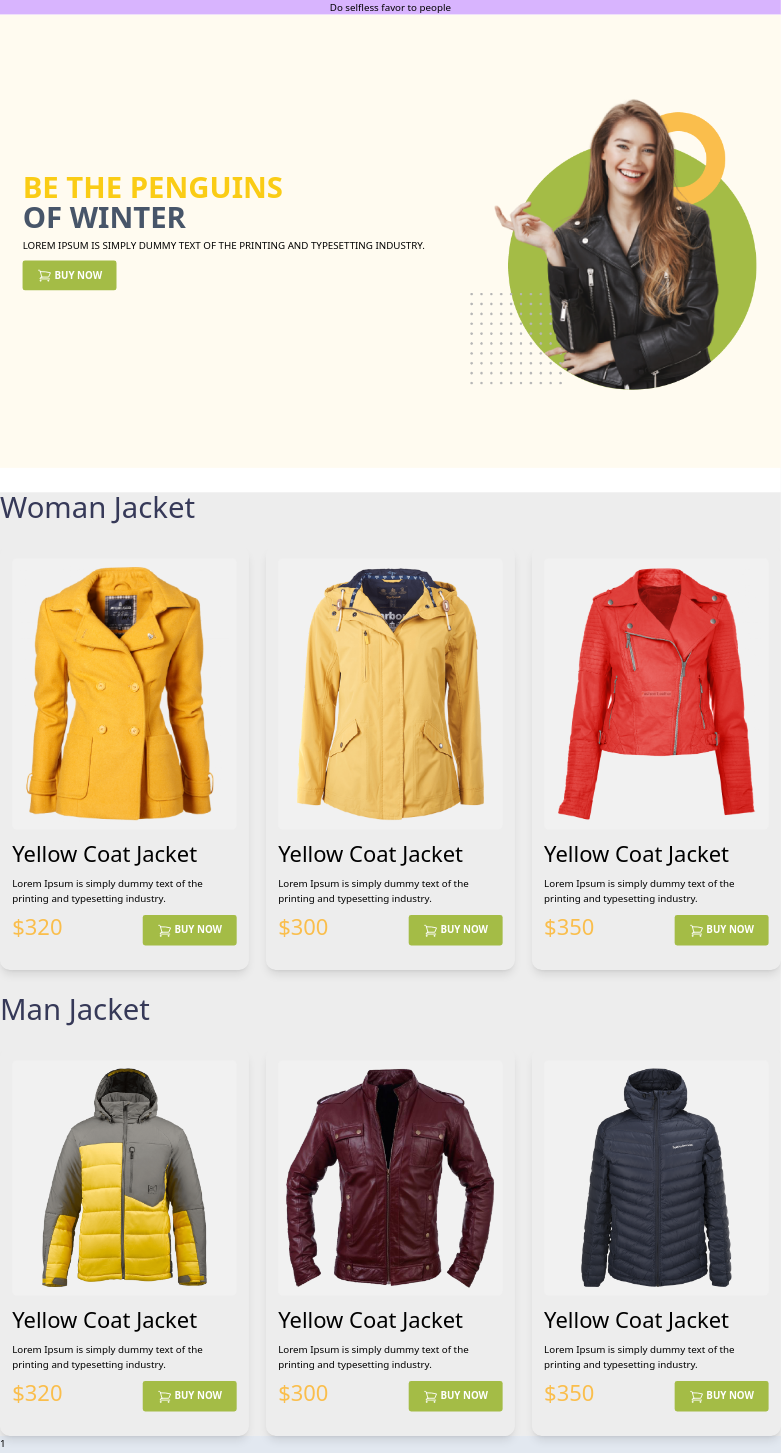
Repository: zjria/penguin-e-commerce-fashion
Page: index.html
An editor plug-in stored every save of this project. The page is shown before and after the next save, followed by the edit.
The browser window is 1280 px wide. The pictures show the whole page, at 61% of full size.
Some web libraries are served in a nearby version.

Above is the page before, as saved 2022-10-07 09:38:25.

### index.html
<!DOCTYPE html>
<html lang="en">

<head>
    <meta charset="UTF-8">
    <meta http-equiv="X-UA-Compatible" content="IE=edge">
    <meta name="viewport" content="width=device-width, initial-scale=1.0">
    <title>Penguin E-commerce</title>
    <!-- Google Fonts Link -->
    <link rel="preconnect" href="https://fonts.googleapis.com">
    <link rel="preconnect" href="https://fonts.gstatic.com" crossorigin>
    <link href="https://fonts.googleapis.com/css2?family=Bebas+Neue&family=Roboto:wght@100;300;400;500&display=swap"
        rel="stylesheet">

    <!-- Tailwind CSS CDN link -->
    <script src="https://cdn.tailwindcss.com"></script>
    <script>
        tailwind.config = {
            theme: {
                extend: {
                    colors: {
                        clifford: '#da373d',
                        header_bg: '#FFFBF0',
                        main_text_color: '#363958',
                        price_color: '#FABE4C',
                        card_bg: '#F1F1F1',
                        full_card_bg: '#FFFFFF',
                        main_color: '#EDEDED'
                    }
                }
            }
        }
    </script>
</head>

<body>
    <h2 class="bg-purple-300 text-center font-header_text">Do selfless favor to people</h2>


    <!-- Header Section -->
    <header class="bg-header_bg pb-32 pt-24">
        <section class="container mx-auto uppercase sm:flex items-center justify-around">
            <div class="space-y-3">
                <h1 class="text-2xl sm:text-5xl font-bold font-header_text">
                    <span class="text-yellow-400">Be the Penguins</span> <br>
                    <span class="text-slate-600">of Winter</span>
                </h1>
                <p class="font-anther_text">Lorem Ipsum is simply dummy text of the printing
                    and typesetting industry.</p>
                <button class="uppercase bg-[#A4BC46] py-3 px-6 text-white font-semibold rounded font-anther_text"> <svg
                        xmlns="http://www.w3.org/2000/svg" fill="none" viewBox="0 0 24 24" stroke-width="1.5"
                        stroke="currentColor" class="w-6 h-6 inline text-white">
                        <path stroke-linecap="round" stroke-linejoin="round"
                            d="M2.25 3h1.386c.51 0 .955.343 1.087.835l.383 1.437M7.5 14.25a3 3 0 00-3 3h15.75m-12.75-3h11.218c1.121-2.3 2.1-4.684 2.924-7.138a60.114 60.114 0 00-16.536-1.84M7.5 14.25L5.106 5.272M6 20.25a.75.75 0 11-1.5 0 .75.75 0 011.5 0zm12.75 0a.75.75 0 11-1.5 0 .75.75 0 011.5 0z" />
                    </svg>
                    Buy Now</button>
            </div>
            <div class="pt-8 sm:pt-8">
                <img class=" w-1/2 sm:w-full" src="images/model.png" alt="">
            </div>
        </section>
    </header>

    <!-- Main Section Start -->
    <main class="bg-main_color">
        <!-- Woman Jacket -->
        <section class="container mx-auto">
            <h2 class="text-5xl my-10 text-main_text_color font-header_text">Woman Jacket</h2>
            <div class="grid md:grid-cols-2 lg:grid-cols-3 gap-7">
                <div class="full_card_bg ">
                    <div class="rounded-2xl shadow-lg p-5">
                        <div class="p-3 bg-card_bg rounded-lg">
                            <img src="images/jacket-1.png" alt="">
                        </div>
                        <div class="py-3">
                            <h3 class="text-4xl py-2">Yellow Coat Jacket</h3>
                            <p class="py-2">Lorem Ipsum is simply dummy text of the
                                printing and typesetting industry.</p>
                            <div class="flex justify-between py-2">
                                <h3 class="text-4xl text-price_color">$320</h3>
                                <button
                                    class="uppercase bg-[#A4BC46] py-3 px-6 text-white font-semibold rounded font-anther_text">
                                    <svg xmlns="http://www.w3.org/2000/svg" fill="none" viewBox="0 0 24 24"
                                        stroke-width="1.5" stroke="currentColor" class="w-6 h-6 inline text-white">
                                        <path stroke-linecap="round" stroke-linejoin="round"
                                            d="M2.25 3h1.386c.51 0 .955.343 1.087.835l.383 1.437M7.5 14.25a3 3 0 00-3 3h15.75m-12.75-3h11.218c1.121-2.3 2.1-4.684 2.924-7.138a60.114 60.114 0 00-16.536-1.84M7.5 14.25L5.106 5.272M6 20.25a.75.75 0 11-1.5 0 .75.75 0 011.5 0zm12.75 0a.75.75 0 11-1.5 0 .75.75 0 011.5 0z" />
                                    </svg>
                                    Buy Now</button>
                            </div>
                        </div>
                    </div>
                </div>
                <div class="full_card_bg ">
                    <div class="rounded-2xl shadow-lg p-5">
                        <div class="p-3 bg-card_bg rounded-lg">
                            <img src="images/jacket-2.png" alt="">
                        </div>
                        <div class="py-3">
                            <h3 class="text-4xl py-2">Yellow Coat Jacket</h3>
                            <p class="py-2">Lorem Ipsum is simply dummy text of the
                                printing and typesetting industry.</p>
                            <div class="flex justify-between py-2">
                                <h3 class="text-4xl text-price_color">$300</h3>
                                <button
                                    class="uppercase bg-[#A4BC46] py-3 px-6 text-white font-semibold rounded font-anther_text">
                                    <svg xmlns="http://www.w3.org/2000/svg" fill="none" viewBox="0 0 24 24"
                                        stroke-width="1.5" stroke="currentColor" class="w-6 h-6 inline text-white">
                                        <path stroke-linecap="round" stroke-linejoin="round"
                                            d="M2.25 3h1.386c.51 0 .955.343 1.087.835l.383 1.437M7.5 14.25a3 3 0 00-3 3h15.75m-12.75-3h11.218c1.121-2.3 2.1-4.684 2.924-7.138a60.114 60.114 0 00-16.536-1.84M7.5 14.25L5.106 5.272M6 20.25a.75.75 0 11-1.5 0 .75.75 0 011.5 0zm12.75 0a.75.75 0 11-1.5 0 .75.75 0 011.5 0z" />
                                    </svg>
                                    Buy Now</button>
                            </div>
                        </div>
                    </div>
                </div>
                <div class="full_card_bg ">
                    <div class="rounded-2xl shadow-lg p-5">
                        <div class="p-3 bg-card_bg rounded-lg">
                            <img src="images/jacket-3.png" alt="">
                        </div>
                        <div class="py-3">
                            <h3 class="text-4xl py-2">Yellow Coat Jacket</h3>
                            <p class="py-2">Lorem Ipsum is simply dummy text of the
                                printing and typesetting industry.</p>
                            <div class="flex justify-between py-2">
                                <h3 class="text-4xl text-price_color">$350</h3>
                                <button
                                    class="uppercase bg-[#A4BC46] py-3 px-6 text-white font-semibold rounded font-anther_text">
                                    <svg xmlns="http://www.w3.org/2000/svg" fill="none" viewBox="0 0 24 24"
                                        stroke-width="1.5" stroke="currentColor" class="w-6 h-6 inline text-white">
                                        <path stroke-linecap="round" stroke-linejoin="round"
                                            d="M2.25 3h1.386c.51 0 .955.343 1.087.835l.383 1.437M7.5 14.25a3 3 0 00-3 3h15.75m-12.75-3h11.218c1.121-2.3 2.1-4.684 2.924-7.138a60.114 60.114 0 00-16.536-1.84M7.5 14.25L5.106 5.272M6 20.25a.75.75 0 11-1.5 0 .75.75 0 011.5 0zm12.75 0a.75.75 0 11-1.5 0 .75.75 0 011.5 0z" />
                                    </svg>
                                    Buy Now</button>
                            </div>
                        </div>
                    </div>
                </div>


            </div>

        </section>

        <!-- Man Jacket -->
        <section class="container mx-auto">
            <h2 class="text-5xl my-10 text-main_text_color font-header_text">Man Jacket</h2>
            <div class="grid md:grid-cols-2 lg:grid-cols-3 gap-7">
                <div class="full_card_bg ">
                    <div class="rounded-2xl shadow-lg p-5">
                        <div class="p-3 bg-card_bg rounded-lg">
                            <img src="images/jacket-4.png" alt="">
                        </div>
                        <div class="py-3">
                            <h3 class="text-4xl py-2">Yellow Coat Jacket</h3>
                            <p class="py-2">Lorem Ipsum is simply dummy text of the
                                printing and typesetting industry.</p>
                            <div class="flex justify-between py-2">
                                <h3 class="text-4xl text-price_color">$320</h3>
                                <button
                                    class="uppercase bg-[#A4BC46] py-3 px-6 text-white font-semibold rounded font-anther_text">
                                    <svg xmlns="http://www.w3.org/2000/svg" fill="none" viewBox="0 0 24 24"
                                        stroke-width="1.5" stroke="currentColor" class="w-6 h-6 inline text-white">
                                        <path stroke-linecap="round" stroke-linejoin="round"
                                            d="M2.25 3h1.386c.51 0 .955.343 1.087.835l.383 1.437M7.5 14.25a3 3 0 00-3 3h15.75m-12.75-3h11.218c1.121-2.3 2.1-4.684 2.924-7.138a60.114 60.114 0 00-16.536-1.84M7.5 14.25L5.106 5.272M6 20.25a.75.75 0 11-1.5 0 .75.75 0 011.5 0zm12.75 0a.75.75 0 11-1.5 0 .75.75 0 011.5 0z" />
                                    </svg>
                                    Buy Now</button>
                            </div>
                        </div>
                    </div>
                </div>
                <div class="full_card_bg ">
                    <div class="rounded-2xl shadow-lg p-5">
                        <div class="p-3 bg-card_bg rounded-lg">
                            <img src="images/jacket-5.png" alt="">
                        </div>
                        <div class="py-3">
                            <h3 class="text-4xl py-2">Yellow Coat Jacket</h3>
                            <p class="py-2">Lorem Ipsum is simply dummy text of the
                                printing and typesetting industry.</p>
                            <div class="flex justify-between py-2">
                                <h3 class="text-4xl text-price_color">$300</h3>
                                <button
                                    class="uppercase bg-[#A4BC46] py-3 px-6 text-white font-semibold rounded font-anther_text">
                                    <svg xmlns="http://www.w3.org/2000/svg" fill="none" viewBox="0 0 24 24"
                                        stroke-width="1.5" stroke="currentColor" class="w-6 h-6 inline text-white">
                                        <path stroke-linecap="round" stroke-linejoin="round"
                                            d="M2.25 3h1.386c.51 0 .955.343 1.087.835l.383 1.437M7.5 14.25a3 3 0 00-3 3h15.75m-12.75-3h11.218c1.121-2.3 2.1-4.684 2.924-7.138a60.114 60.114 0 00-16.536-1.84M7.5 14.25L5.106 5.272M6 20.25a.75.75 0 11-1.5 0 .75.75 0 011.5 0zm12.75 0a.75.75 0 11-1.5 0 .75.75 0 011.5 0z" />
                                    </svg>
                                    Buy Now</button>
                            </div>
                        </div>
                    </div>
                </div>
                <div class="full_card_bg ">
                    <div class="rounded-2xl shadow-lg p-5">
                        <div class="p-3 bg-card_bg rounded-lg">
                            <img src="images/jacket-6.png" alt="">
                        </div>
                        <div class="py-3">
                            <h3 class="text-4xl py-2">Yellow Coat Jacket</h3>
                            <p class="py-2">Lorem Ipsum is simply dummy text of the
                                printing and typesetting industry.</p>
                            <div class="flex justify-between py-2">
                                <h3 class="text-4xl text-price_color">$350</h3>
                                <button
                                    class="uppercase bg-[#A4BC46] py-3 px-6 text-white font-semibold rounded font-anther_text">
                                    <svg xmlns="http://www.w3.org/2000/svg" fill="none" viewBox="0 0 24 24"
                                        stroke-width="1.5" stroke="currentColor" class="w-6 h-6 inline text-white">
                                        <path stroke-linecap="round" stroke-linejoin="round"
                                            d="M2.25 3h1.386c.51 0 .955.343 1.087.835l.383 1.437M7.5 14.25a3 3 0 00-3 3h15.75m-12.75-3h11.218c1.121-2.3 2.1-4.684 2.924-7.138a60.114 60.114 0 00-16.536-1.84M7.5 14.25L5.106 5.272M6 20.25a.75.75 0 11-1.5 0 .75.75 0 011.5 0zm12.75 0a.75.75 0 11-1.5 0 .75.75 0 011.5 0z" />
                                    </svg>
                                    Buy Now</button>
                            </div>
                        </div>
                    </div>
                </div>
            </div>
            <!-- ‍Shopping Section Start -->
            <div>
                <div class="h-7 bg-slate-200">1</div>
            </div>
        </section>
    </main>

</body>

</html>

After the next save:
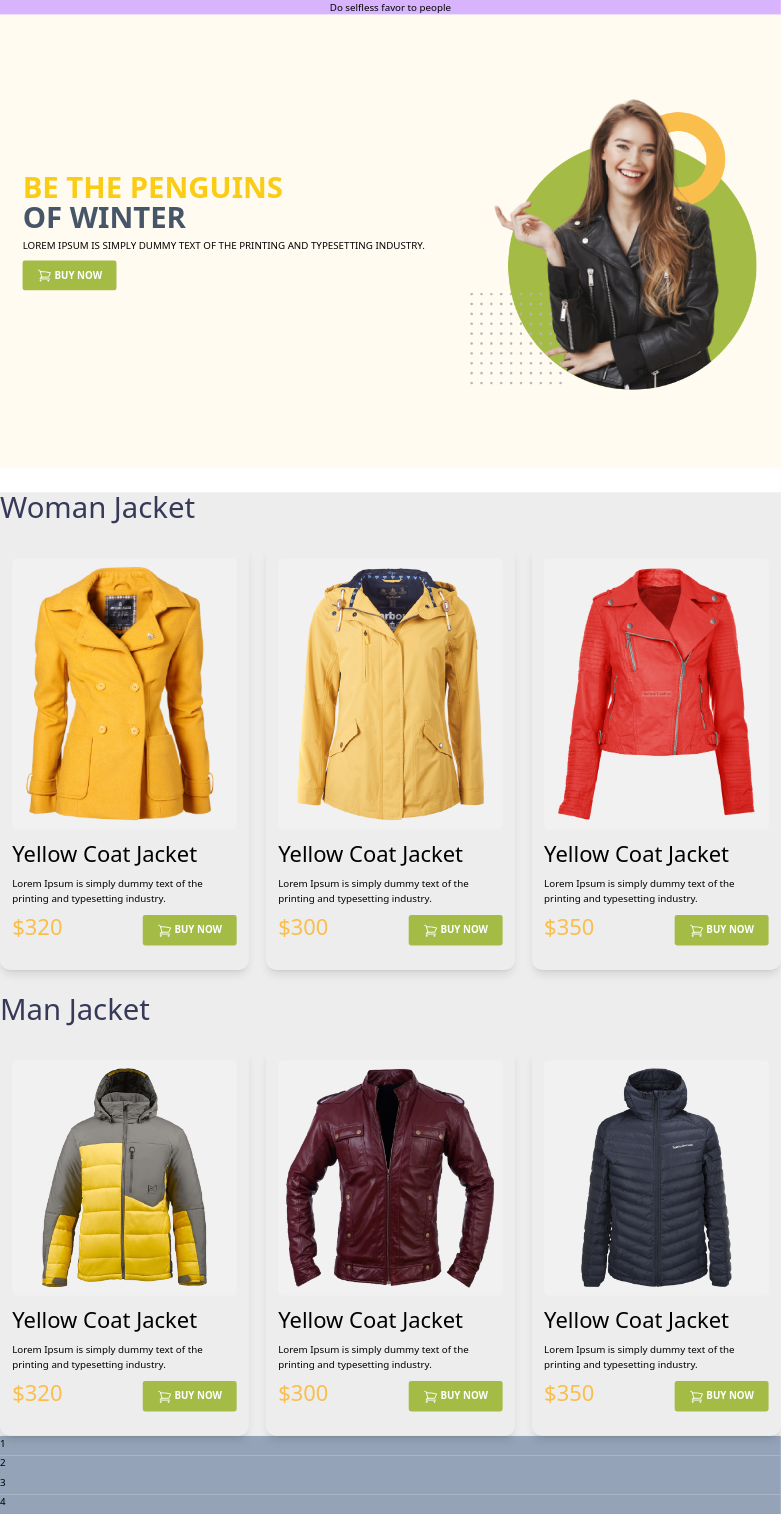
Saved 48 s later.
--- a/index.html
+++ b/index.html
@@ -218,7 +218,10 @@
             </div>
             <!-- ‍Shopping Section Start -->
             <div>
-                <div class="h-7 bg-slate-200">1</div>
+                <div class="h-8 bg-slate-400">1</div>
+                <div class="h-8 bg-slate-400">2</div>
+                <div class="h-8 bg-slate-400">3</div>
+                <div class="h-8 bg-slate-400">4</div>
             </div>
         </section>
     </main>
